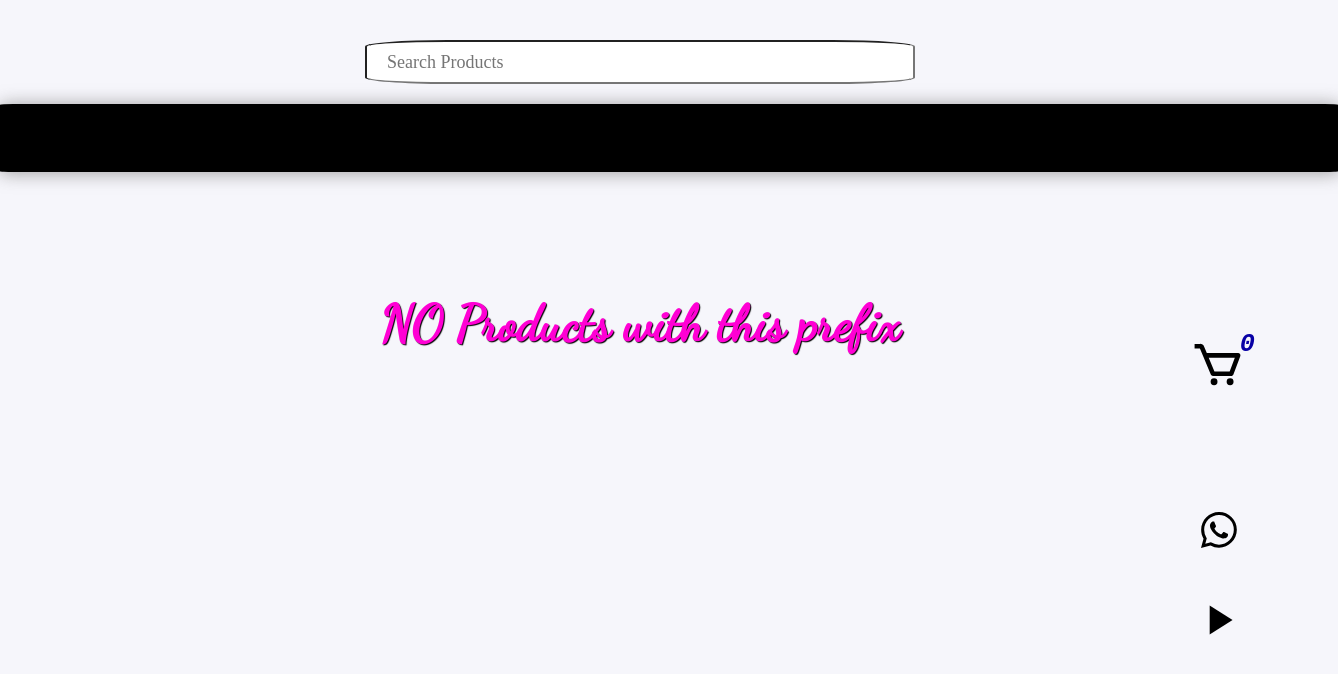
Repository: rehamAbass/BeautyCareShop
Page: /
The author's editor kept a copy of each file at every save. The page is drawn from the files as they stood at one save, then again after the next save.
The browser window is 1280 px wide. The page is 1338 px wide, so the pictures cover 1338 px, including what lies to the right of the window. The pictures show the whole page.
The page's requests for data from a server got no answer. Some web fonts or font styles are not loaded; a fallback is used. The project was rebuilt for these pictures with package versions that can differ from the ones it lists, and the page was loaded fresh each time. No one was signed in, and anything a server would have sent is missing. Also part of the build but not shown: src/components/allProducts/prod/card.css, src/components/allProducts/prod/card.component.jsx, src/components/myCart/myCart.css, src/components/myCart/cartProduct/cartProduct.css, src/components/myCart/cartProduct/cartProduct.jsx, src/components/myCart/myCart.jsx. Imported but missing from the stored project, and not drawn on this page: src/components/header/music/ed.mp3.

Above is the page before, as saved 2022-06-08 13:41:56.

### public/index.html
<!DOCTYPE html>
<html lang="en">
  </style>
  <head>
    <meta charset="utf-8" />
    <link rel="icon" href="" />
    <meta name="viewport" content="width=device-width, initial-scale=1" />
    <meta name="theme-color" content="#000000" />
    <meta
      name="description"
      content="Web site created using create-react-app"
    />
    <link rel="apple-touch-icon" href="" />
    <link rel="manifest" href="%PUBLIC_URL%/manifest.json" />
    <link rel="preconnect" href="https://fonts.googleapis.com">
    <link rel="preconnect" href="https://fonts.gstatic.com" crossorigin>
    <link href="https://fonts.googleapis.com/css2?family=Bigelow+Rules&display=swap" rel="stylesheet">
    <link rel="preconnect" href="https://fonts.googleapis.com">
    <link rel="preconnect" href="https://fonts.gstatic.com" crossorigin>
    <link href="https://fonts.googleapis.com/css2?family=Bigelow+Rules&family=Dancing+Script&display=swap"
      rel="stylesheet">
    <title color:'purble'>BeautyShop💄</title>
  </head>
  <body>

    <div id="root"></div>
  </body>
</html>

<!--
  <video id="video1" loop="" muted="" src="https://prod-streaming-video-msn-com.akamaized.net/aa5cb260-7dae-44d3-acad-3c7053983ffe/1b790558-39a2-4d2a-bcd7-61f075e87fdd.mp4"></video>

 -->

### src/App.js

// import React from 'react'
import CardList from './components/allProducts/card-list.component';
import SearchBox from './components/search-box/search-box.component';
import './App.css'
import axios from "axios";
import React, { Component } from "react";
import Header from './components/header/header.component.jsx'
import { useState, useEffect } from 'react';
import Cart from './components/myCart/myCart.jsx'

const App = () => {
  const [products, setProducts] = useState([]);
  const [cartProducts, setCartProducts] = useState([]);
  const [filteredProducts, setFilteredProducts] = useState(products);
  const [searchString, setSearchString] = useState('');
  const [showCart, setShowCart] = useState(false);
    const [cartCounter, setCartCounter] = useState(0);
      const [Sum, setSum] = useState(0);
      const [imgs, setImgs] = useState([])

  //==========================================================================
  const   getDataFromDB= async ()=> {
    const response = await axios.get("http://localhost:8000/products/");
    setCartProducts(response);
  }
  //===========================================================
  const deleteProd = async (id) => {
    let response = await axios.delete(
      `http://localhost:8000/product/${id}`
    );
  }
  //=============================================================
  const saveProd = async (p) => {
    const response = await axios.post(
      "http://localhost:8000/product",p
    );
  }

   const  updateProd = async (p) => {
    const response = await axios.put(
      "http://localhost:8000/product",p
    );
  }
  //============================================================================
  useEffect(() => {
    fetch('http://makeup-api.herokuapp.com/api/v1/products.json?brand=maybelline')
      .then((res) => res.json())
      .then((users) => {
          users = users.map(user => (
         {id:user.id,
         name:user.name,
         brand:user.brand,
         price:user.price,
        image_link:user.image_link,
         product_link:user.product_link,
         description:user.description,
        rating:user.rating,
         product_type:user.product_type,
          product_api_url:user.product_api_url,
          product_colors:user.product_colors,
        amount:0
         }))


         getDataFromDB();
        setFilteredProducts(users);
        setProducts(users);
        setImgs(users.map((u)=>(u.image_link)));
      })
  }, []); // it runs only one time - no need to call it in each render because [] is empty !!
  //=========================================================================================
  useEffect(() => {
    let filteredgroup = products.filter((p) => p.name.toLowerCase().includes(searchString));
    setFilteredProducts(filteredgroup);
  }, [products, searchString])

  //========================================================================================
  const onSearchChanged = (event) => {
    let input = event.target.value.toLowerCase();
    setSearchString(input);
  }
  //=========================================================================================
  const addProduct=(product)=>{
        let updatePro = cartProducts.filter(p=> p.id === product.id);
     if(updatePro.length>0){
       // it means that YES the product exists before in Cart! just increase the amount of it:
       updatePro = updatePro[0];
       updatePro.amount +=1;
        let newarray = cartProducts.map(p=>( p.id === product.id ? updatePro:p )) ;
        setCartProducts(newarray);
     }else{
        let newProductToAdd = {...product, amount:1};
         setCartProducts([...cartProducts,newProductToAdd ]);
         saveProd(product);
         updateProd();
     }

      }
  //=================================================================================
  //    ,
  const deleteProduct = (product) => {
    let newArr = cartProducts.filter(p => p.id !== product.id);
    setCartProducts(newArr);
    deleteProd(product.id);
  }
 //===================================================================================
   const decreaseProduct=(product)=>{

     if(product.amount >1){
       let update = product;
       update.amount -=1;
        let newarray = cartProducts.map(p=>(p.id === product.id ? update:p )) ;
     setCartProducts(newarray);
     }else{ // amount was  === 1
        let newArr = cartProducts.filter(p=> p.id !== product.id);
         setCartProducts(newArr);
     }
      }
 //===================================================================================
useEffect(()=>{
  console.log("useEffect, cartProduct changes, so counter changes");
  let all =0;
  let summ=0;
  for(let p of cartProducts){
     all = all+p.amount;
    summ = summ+ (p.amount * p.price);
}
    setSum(summ);
    setCartCounter(all);
},[cartProducts]);

//====================================================================================
  useEffect(()=>{
    console.log("open Cart = ",showCart);
  },[showCart])
 //=========================================================================================
const HandleCart =(val)=>{
  setShowCart(val);
}
 const handleSumCount = ()=>{
  setSum(0);
  setCartProducts([]);
  setCartCounter(0);

 }
 //=========================================================================================
  return (
    <div className="App">
      <header className="App-header">
        <Header counter ={cartCounter}
        imgs={imgs}
        handleCart = {HandleCart}/>
        {showCart === false &&
          <div>
           <SearchBox
          className='search-box2'
          searchHandler={onSearchChanged}
          group={filteredProducts}
        />
            <CardList
              group={filteredProducts}
               addProduct={addProduct} />
        </div>

        }
          {(showCart === true) &&
            <Cart sum ={Sum} group={cartProducts}
           addProduct={addProduct}
            deleteProduct={deleteProduct}
            decreaseProduct={decreaseProduct}
              handleSumCount={handleSumCount}
            />
          }
      </header>
    </div>
  )
}

export default App;

### src/components/allProducts/card-list.component.jsx

import './card-list.css'
import Card from './prod/card.component'
import React from 'react'

const CardList = ({ group ,addProduct}) => {
    return (
        <div className='card-list'>
            {group.map((p,i) =>
                (
                    <Card
                    key={i}
                    product={p}
                     addProduct={addProduct}/>
                )
            )
            }
        </div >

    )
}

export default CardList;

### src/components/search-box/search-box.component.jsx

import React from 'react'
import './search-box.css'


const SearchBox = ({ className, placeholder, searchHandler, group }) => {

    return (
        <div className='search-box'>
            <input
                className={className}
                type='search'
                placeholder='Search Products'
                onChange={searchHandler}
                style={{
                     fontStyle:'unset', fontStretch: 'extra-expanded'
                , fontSize:'large', borderRadius:'15%'}}
            />
            {group.length === 0 ?
                <div className='alert2'> NO Products with this prefix </div> : ''}
        </div>
    )
}


export default SearchBox;

### src/App.css
body {
  margin: 0;
  padding: 0;
  font-family: -apple-system, BlinkMacSystemFont, 'Segoe UI', 'Roboto', 'Oxygen',
    'Ubuntu', 'Cantarell', 'Fira Sans', 'Droid Sans', 'Helvetica Neue',
    sans-serif;
    background-color:rgba(192, 190, 228, 0.135);
  -webkit-font-smoothing: antialiased;
  -moz-osx-font-smoothing: grayscale;
  text-align: center;
}



















/* -------------------------------------------------------------------------------------- */

/* .App {
  text-align: center;
}

.App-logo {
  height: 40vmin;
  pointer-events: none;
}

@media (prefers-reduced-motion: no-preference) {
  .App-logo {
    animation: App-logo-spin infinite 20s linear;
  }
}

.App-header {
  background-color: #2d5cba;
  min-height: 100vh;
  display: flex;
  flex-direction: column;
  align-items: center;
  justify-content: center;
  font-size: calc(10px + 2vmin);
  color: white;
}

.App-link {
  color: #61dafb;
}

@keyframes App-logo-spin {
  from {
    transform: rotate(0deg);
  }
  to {
    transform: rotate(360deg);
  }
}

*/

### src/components/header/header.component.jsx
import React from 'react'
import './header.css'
import Music from './music/music.component';
import fatme from './fatme.jpeg'
import CartIcon from './cartIcon/cartIcon.component';
import {BsWhatsapp} from 'react-icons/bs'
import {AiTwotoneShop} from 'react-icons/ai'

const Header = ({counter,imgs, handleCart}) => {
    return (
        <div className='headClass'>
      <marquee direction="up"
               loop='20' >
        <div className='imgs'>
            {imgs.map((link, i) => (
               (i<10)&&
                    <img
                    key={i}
                    src={link} alt='prod' />

            ))}
        </div>
        </marquee>
            <img className='myImg' src={fatme} alt='me'
            />
               <CartIcon
            counter={counter}
             handleCart={handleCart}
            />
            <AiTwotoneShop
            className='goHome'
                onClick={() => {
                     handleCart(false)}}
            />
            <h4 className='title' >
                <marquee direction='left' loop='2' >Fatima Beauty Care Shop</marquee>
            </h4>


            <Music />


            <a  className='whatsApp'  aria-label="whats"
                target="_blank" rel="noopener"
                href="https://api.whatsapp.com/send?phone=972543656019&text=hello%20Fatima%20from%20your%20BeautyCareShop%20Website%20💄"
              >
              <BsWhatsapp/>
            </a>
        </div>
    )
}

export default Header;

### src/components/allProducts/card-list.css
.card-list {
     width: 1000px;
    margin-left: 9%;
    display: grid;
    grid-template-columns: 10fr 10fr;
    /* grid-gap: 1%; */
    margin-top: 5%;
    margin-bottom:15%;
}

### src/components/search-box/search-box.css
.search-box {
    padding: 10px;
}

.alert2 {
    margin-top: 150px;
    text-align: center;
    padding: 40px;
    color: rgb(255, 0, 212);
    font-size: 50px;
    font-stretch: extra-expanded;
    font-family: 'Dancing Script';
    font-weight: bolder;
    text-shadow: 1px 1px  1px rgb(0, 0, 0);
    transform: scale(1);
}

.search-box2 {
    width: 550px;
    height: 37px;
    margin-top: 9;
    padding: 20px;
    line-height: 30px;
    margin-bottom: 20px;
    color: rgb(0, 0, 0);
    font-weight: 400;
    font-family:serif;

}

### src/components/header/header.css
.title {
    width: 110%;
    position: relative;
    font-size: 46px;
    font-weight: bolder;
    font-family: 'Dancing Script';
 color:rgb(251, 251, 251);
    font-stretch: extra-expanded;
    /* text-shadow: 11px 1px 11px rgb(255, 0, 123); */
    background-color: rgb(0, 0, 0);
     box-shadow: 1px 1px 17px 1px rgba(135, 134, 135, 0.74);
     margin-top: 40px;
     border-radius:1%;
}
.imgs{
    width: 110%;
    position: relative;
    height:60px;
     margin-top: 0px;
}
.goHome{
    color:rgb(0, 0, 0);
     position:fixed;
    margin-left: 47%;
    margin-top:376px;
     transform: scale(2.6);
}
.goHome:hover{
    color:rgb(8, 0, 165);
    transform:scale(3);
}
.whatsApp{
    color:rgb(0, 0, 0);
     position:fixed;
    margin-left: 47%;
    margin-top:290px;
     transform: scale(2);
}
.whatsApp:hover{
  color:rgb(8, 0, 165);

   }
.myImg{
    position:fixed;
    margin-left: 44%;
    margin-top:120px;
    width: 110px;
  height: 120px;
    box-shadow: 1px 1px 17px 1px rgb(255, 88, 88);
    border-radius:15%;
}

.headClass {
    border-radius: 12%;
    width: 95%;
    height: 30px;
    font-size: large;
    /* font-weight: 700; */
    font-style: italic;

}

### src/components/header/music/music.component.jsx
import './music.css'
import { useState, useEffect } from 'react'
import { MdPlayArrow, MdPause } from 'react-icons/md'
import  React  from 'react'
import ed from "./ed.mp3";

const aud = new Audio(ed);

const Music = () => {
    const [flagPlaying, setIsActive] = useState(false);
    const handleClick = (value) => {
        setIsActive(value);
        if (value === true) {
            aud.loop = true;
            aud.play();
        } else {
            aud.pause();
            aud.loop = false;
        }
    }

    return (<div className='myAudio'>
        {(flagPlaying === false) &&
            <MdPlayArrow
                className='btnAudio'
                onClick={() => {
                    if (flagPlaying === false) {
                        handleClick(true);
                    }
                }}
            />
        }
        {(flagPlaying === true) &&
            <MdPause
                className='btnAudio'
                style={{color:'black'}}
                onClick={() => {
                    if (flagPlaying === true) {
                        handleClick(false);
                    }
                }}
            />
        }
    </div>
    )
}


export default Music;

### src/components/header/cartIcon/cartIcon.component.jsx
import React from 'react'
import './cart.css'
import { BiCart } from "react-icons/bi";


const CartIcon = ({ counter,handleCart}) => {

    return (
        <div className='cart-container'>
            <span className='counter'>{counter}</span>
            <BiCart
                    className='cartIcon'
                    onClick={() => {
                      handleCart(true);
                     }}
                />
        </div>
    )
}
export default CartIcon;

### src/components/header/music/music.css
.myAudio {}

.btnAudio {
    width:  50px;
    height: 50px;
    position:fixed;
    margin-left: 45.7%;
    margin-top: 362px;
    color:rgb(0, 0, 0);
    border-radius: 90%;
}

.btnAudio:hover {
   color : rgb(8, 0, 165);
    transform: scale(1.125);
    box-shadow: 4px 3px 10px 3px  rgb(179, 255, 0);
}

### src/components/header/cartIcon/cart.css
.cartIcon{
     position:fixed;
    width:55px;
    height:55px;
    color:rgb(0, 0, 0);
    margin-top:1%;
    /* transform: translateZ(-1);
    transition: transform 0.25s ease-out; */
}
.cartIcon:hover{
    transform:scale(1.12);
    color:rgb(8, 0, 165);
}
.cart-container{
    position:fixed;
    margin-left: 93%;
    margin-top: 260px;
}
.cart-container:hover{
    color:rgb(0, 0, 0);
 /* transform: scale(1); */
 cursor: pointer;
}
.counter{
    font-size:large;
    font-family:'Courier New', Courier, monospace;

    color:rgb(8, 0, 165);
    font-weight:bolder;
    text-align: right;
      transform: scale(1.4);
    text-shadow: 2px 2px 12px 12px rgb(0, 0, 0);
    position: fixed;
    margin-left: 4%;
    margin-top:0.8%;
}

Loaded but not shown: src/index.js (common file); src/index.css (common file)

After the next save:
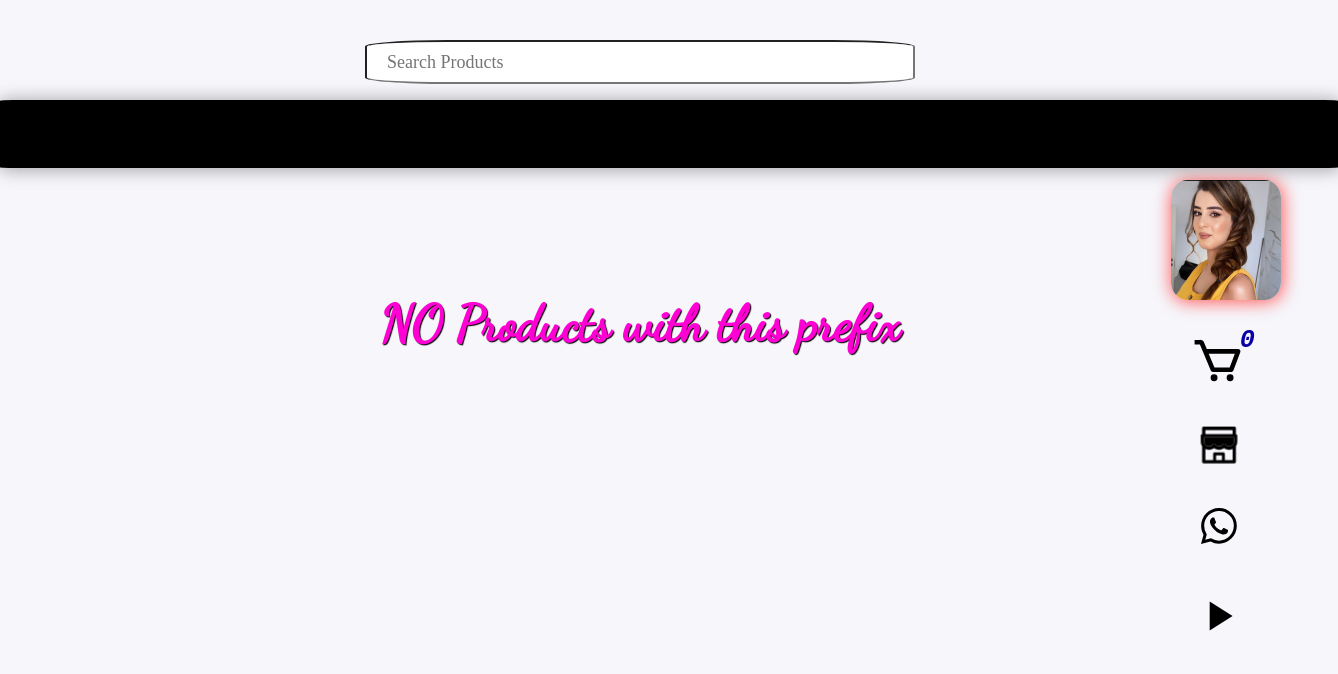
Saved 15 s later.
--- a/src/components/header/header.component.jsx
+++ b/src/components/header/header.component.jsx
@@ -9,8 +9,6 @@ import {AiTwotoneShop} from 'react-icons/ai'
 const Header = ({counter,imgs, handleCart}) => {
     return (
         <div className='headClass'>
-      <marquee direction="up"
-               loop='20' >
         <div className='imgs'>
             {imgs.map((link, i) => (
                (i<10)&&
@@ -20,7 +18,6 @@ const Header = ({counter,imgs, handleCart}) => {
 
             ))}
         </div>
-        </marquee>
             <img className='myImg' src={fatme} alt='me'
             />
                <CartIcon
